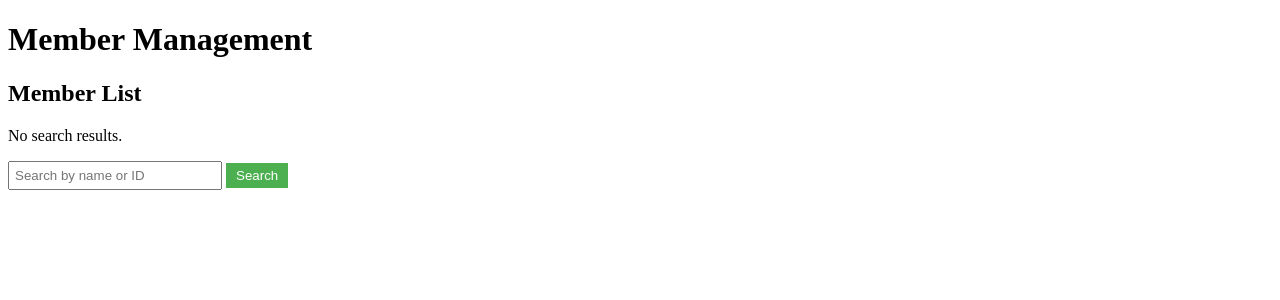
Repository: i-kemen/jsp
Page: http://localhost/WebTest/MemberManagementOKServlet
An editor plug-in stored every save of this project. The page is shown before and after the next save, followed by the edit.
The browser window is 1280 px wide. The pictures show the whole page.
The page is served by Tomcat 10. Queries for data that is not in the repository find no rows.

Above is the page before, as saved 2023-06-27 01:33:37.

After the next save:
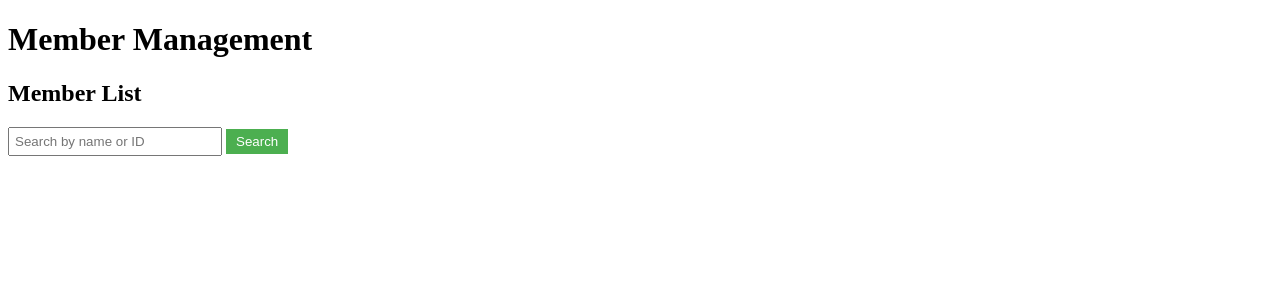
Saved 57 s later.
--- a/WebTest/src/main/webapp/memberManagement.jsp
+++ b/WebTest/src/main/webapp/memberManagement.jsp
@@ -1,4 +1,3 @@
-<%@page import="java.util.ArrayList"%>
 <%@ page language="java" contentType="text/html; charset=UTF-8" pageEncoding="UTF-8" %>
 <%@ page import="java.util.List" %>
 <%@ page import="com.member.MemberDTO" %>
@@ -60,47 +59,44 @@
 
     <h2>Member List</h2>
 
-    <%
-        MemberDAO memberDAO = new MemberDAO();
-        List<MemberDTO> memberList = new ArrayList<>();
-        String searchKeyword = request.getParameter("searchKeyword");
-        if (searchKeyword != null && !searchKeyword.isEmpty()) {
-            memberList = memberDAO.searchMembers(searchKeyword, "name"); // 이름으로 검색
-        } else {
-            memberList = memberDAO.getAllMembers(); // 전체 회원 조회
-        }
+    <% String searchKeyword = request.getParameter("searchKeyword");
+       if (searchKeyword != null && !searchKeyword.isEmpty()) {
+           // 검색 버튼을 눌렀을 때 검색 결과 표시
+           MemberDAO memberDAO = new MemberDAO();
+           List<MemberDTO> memberList = memberDAO.searchMembers(searchKeyword, "name"); // 이름으로 검색
+           if (!memberList.isEmpty()) {
     %>
-
-    <% if (!memberList.isEmpty()) { %>
-        <table>
-            <tr>
-                <th>Name</th>
-                <th>ID</th>
-                <th>Password</th>
-                <th>Phone</th>
-                <th>Email</th>
-                <th>Status</th>
-                <th>Role</th>
-            </tr>
-            <% for (MemberDTO member : memberList) { %>
-                <tr>
-                    <td><%= member.getName() %></td>
-                    <td><%= member.getId() %></td>
-                    <td><%= member.getPassword() %></td>
-                    <td><%= member.getPhone() %></td>
-                    <td><%= member.getEmail() %></td>
-                    <td><%= member.getMemberStatus() %></td>
-                    <td><%= member.getMemberRole() %></td>
-                </tr>
-            <% } %>
-        </table>
+           <table>
+               <tr>
+                   <th>Name</th>
+                   <th>ID</th>
+                   <th>Password</th>
+                   <th>Phone</th>
+                   <th>Email</th>
+                   <th>Status</th>
+                   <th>Role</th>
+               </tr>
+               <% for (MemberDTO member : memberList) { %>
+                   <tr>
+                       <td><%= member.getName() %></td>
+                       <td><%= member.getId() %></td>
+                       <td><%= member.getPassword() %></td>
+                       <td><%= member.getPhone() %></td>
+                       <td><%= member.getEmail() %></td>
+                       <td><%= member.getMemberStatus() %></td>
+                       <td><%= member.getMemberRole() %></td>
+                   </tr>
+               <% } %>
+           </table>
     <% } else { %>
-        <p>No search results.</p>
-    <% } %>
+           <p>No search results.</p>
+    <% }
+       } %>
 
     <form method="post" action="MemberManagementOKServlet?action=search">
         <input type="text" name="searchKeyword" placeholder="Search by name or ID">
         <input type="submit" value="Search">
     </form>
+
 </body>
 </html>
